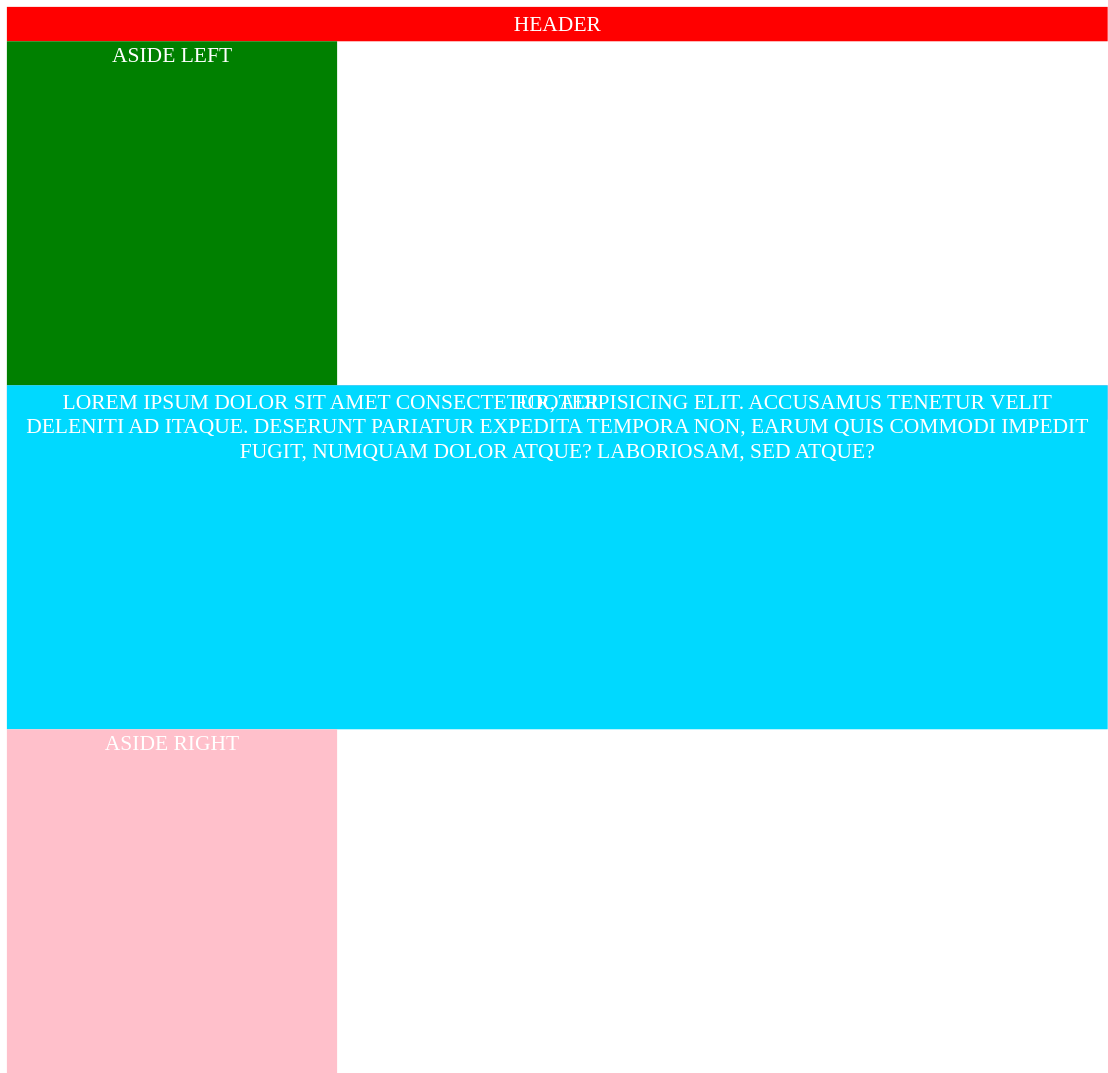
Repository: magdaf41/CSS
Page: zadanie_7/index.html
An editor plug-in stored every save of this project. The page is shown before and after the next save, followed by the edit.
The browser window is 1280 px wide. The page is 1288 px wide, so the pictures cover 1288 px, including what lies to the right of the window. The pictures show the whole page, at 86% of full size.

Above is the page before, as saved 2020-08-24 20:30:55.

After the next save:
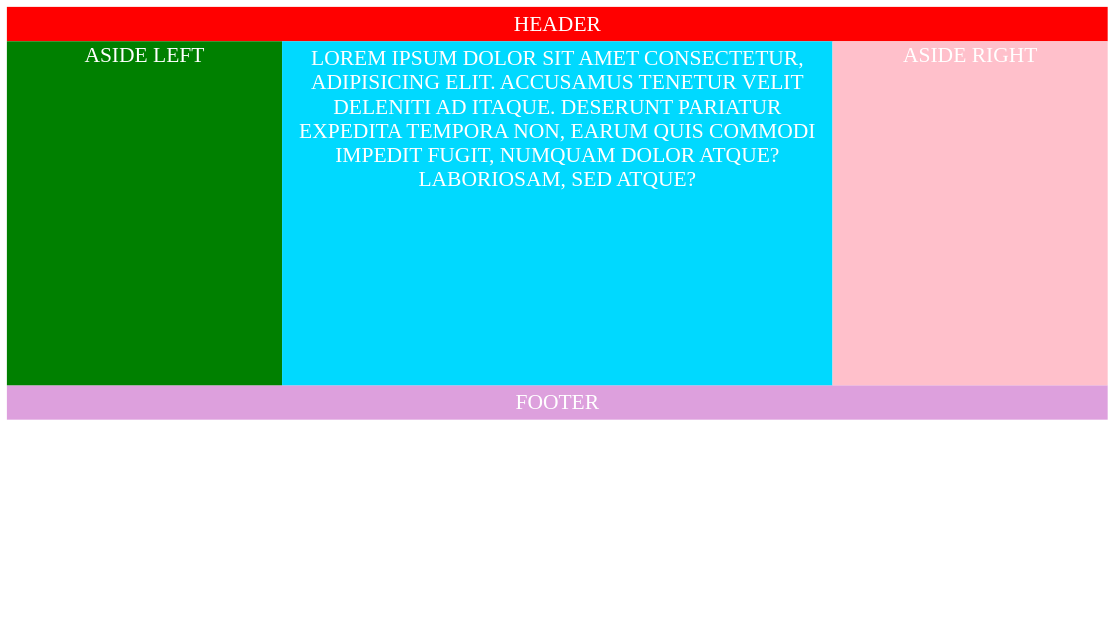
Saved 3 min 25 s later.
--- a/zadanie_7/css/style.css
+++ b/zadanie_7/css/style.css
@@ -11,9 +11,6 @@
 }
 #container {
     display: flex;
-    flex-wrap: wrap;
-
-
 }
 
 h1{
@@ -26,6 +23,7 @@ h1{
 }
 p{
     background-color: rgb(0, 217, 255);
+    width: 60%;
     margin: auto;
     padding: 6px;
 }
